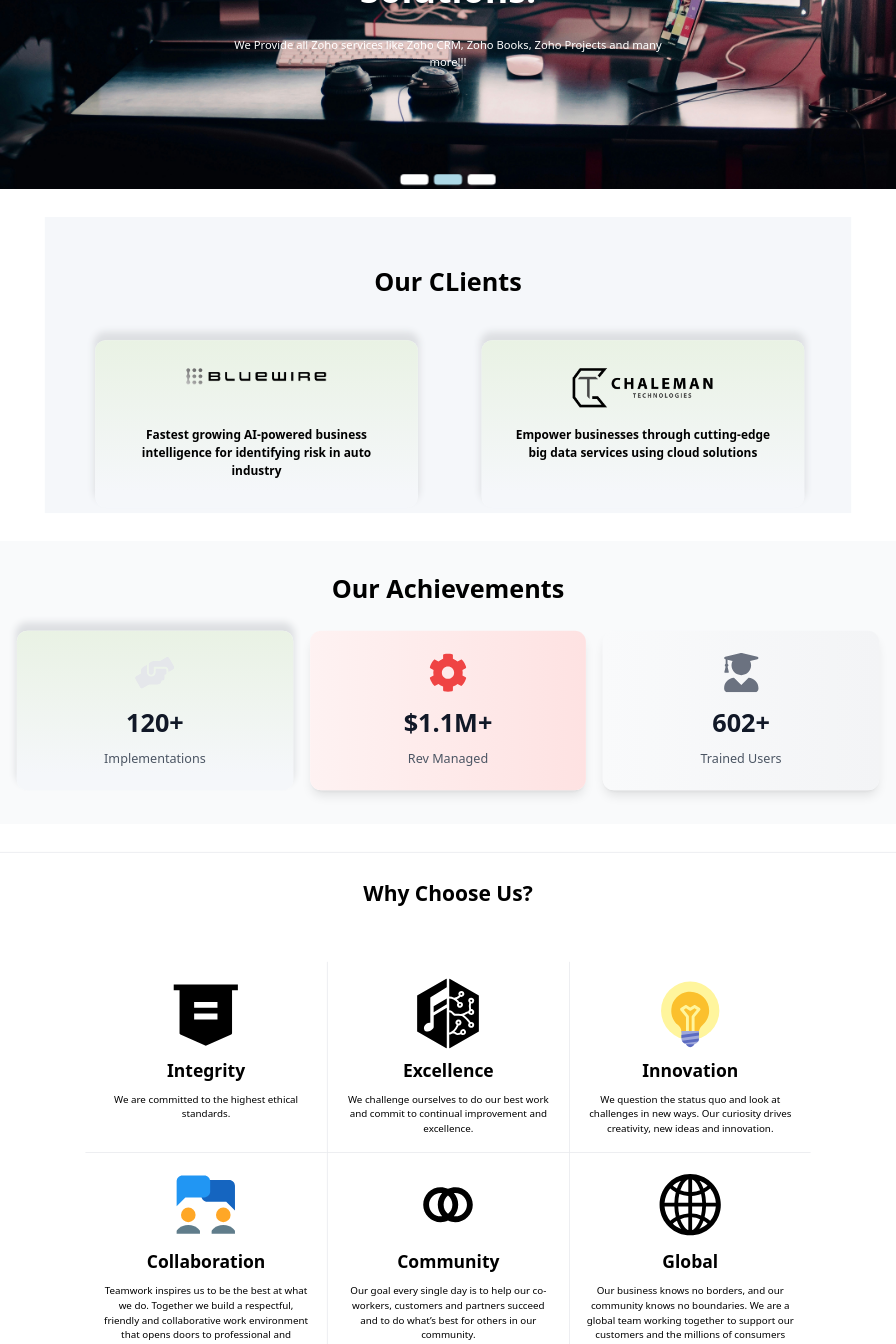
Repository: huzaifaBitCloud/BitCloud-website
Page: /
These files come from the project's save history. The page is drawn as it stood at one moment and after the next save; the edit follows.
The browser window is 1280 px wide. The pictures show the part of the page from y = 530 to 2450 px (the page is 2742 px tall), at 70% of full size.
The project was rebuilt for these pictures with package versions that can differ from the ones it lists, and the page was loaded fresh each time. The framework's server and built-in components were replaced by stand-ins that run in the browser. Also part of the build but not shown: next.config.mjs.

Above is the page before, as saved 2025-01-13 16:07:55.

After the next save:
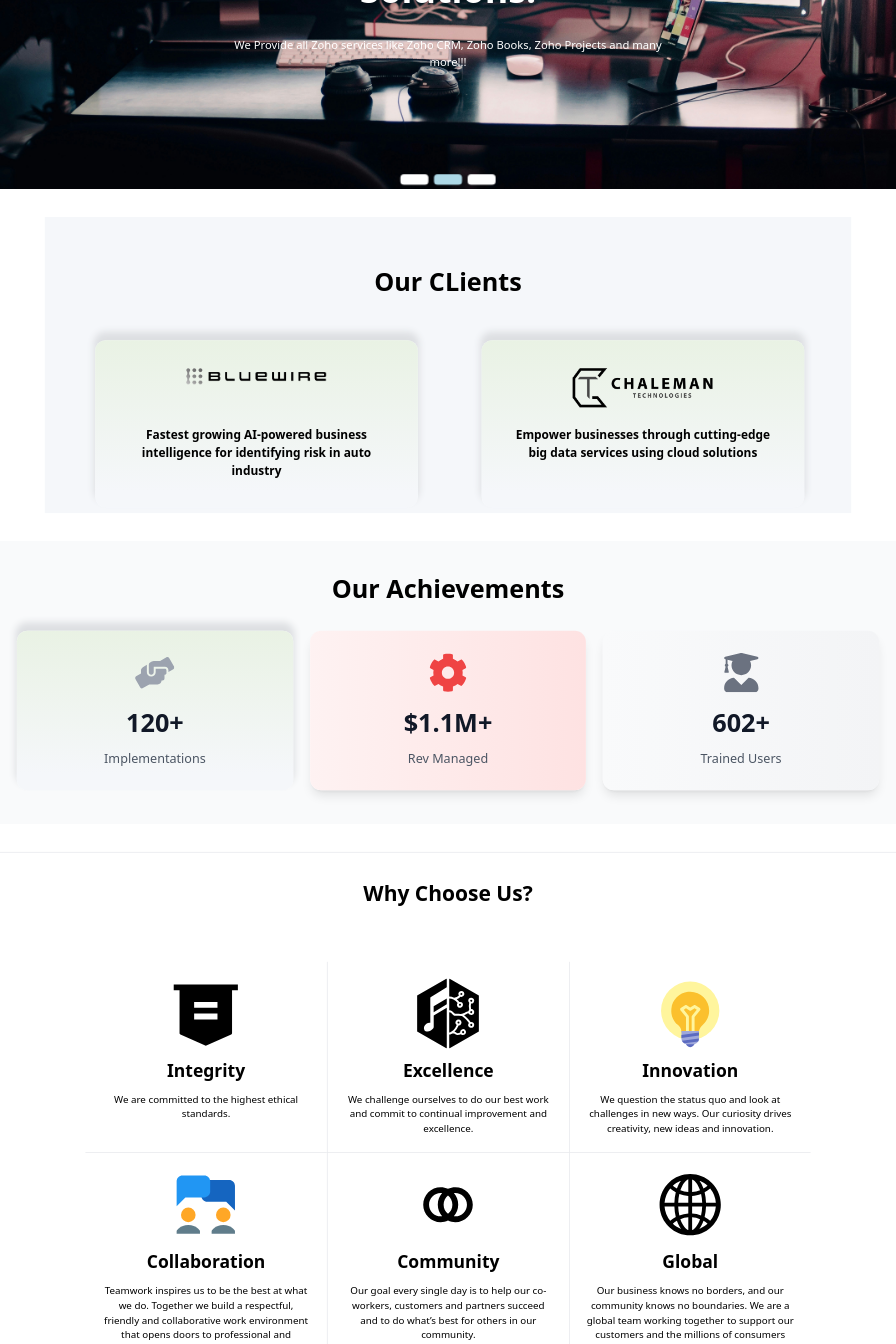
Saved 9 s later.
--- a/src/components/Achievements.tsx
+++ b/src/components/Achievements.tsx
@@ -21,7 +21,7 @@
           {/* Card 1 */}
           <div className="bg-gradient-to-r from-green-50 to-green-100 p-8 rounded-2xl shadow-lg text-center transform transition duration-700 hover:-translate-y-3 custom-cards-ourClient">
             <div className="flex justify-center items-center mb-6">
-              <FaHandsHelping className="w-14 h-14 text-gray-200" />
+              <FaHandsHelping className="w-14 h-14 text-gray-400" />
             </div>
             <h3 className="text-4xl font-bold text-gray-900">120+</h3>
             <p className="text-gray-600 mt-4 text-lg">Implementations</p>
